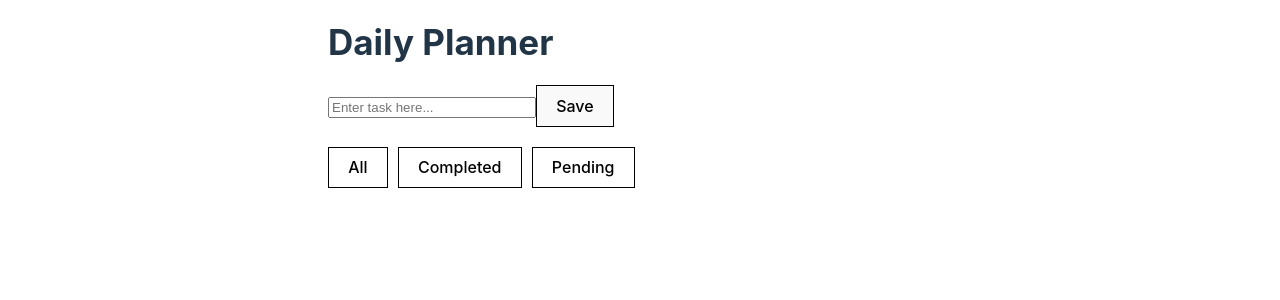
Repository: leslie179/lab4
Page: / (app in lab4/)
The author's editor kept a copy of each file at every save. The page is drawn from the files as they stood at one save, then again after the next save.
The browser window is 1280 px wide. The pictures show the whole page.
The project was rebuilt for these pictures with package versions that can differ from the ones it lists, and the page was loaded fresh each time. Also part of the build but not shown: lab4/vite.config.js, lab4/src/components/Task.jsx.

Above is the page before, as saved 2024-10-27 18:28:24.

### lab4/src/App.jsx
import { useState } from 'react'
import './App.css'

import Task from './components/Task'
import TaskForm from './components/TaskForm'

function App() {
  const [tasks, setTasks] = useState([])
  const [filter, setFilter] = useState("All")
  return (
    <div>
      <h1>Daily Planner</h1>
      <TaskForm setTasks={setTasks}/>
      <button className="filter-button" onClick={() => setFilter("All")}>All</button>
      <button className="filter-button" onClick={() => setFilter("Completed")}>Completed</button>
      <button className="filter-button" onClick={() => setFilter("Pending")}>Pending</button>
      <ul>
        {tasks && tasks.filter((task) => {
          if (filter === "All") {
            return true
          } else if (filter === "Completed") {
            return task.completed
          } else if (filter === "Pending") {
            return !task.completed
          }

          return true // not really necessary
        }).map((task, i) => {
          return <Task task={task} setTasks={setTasks} index={i} />
        })}
      </ul>

    </div>
  )
}

export default App

### lab4/src/App.css
#root {
  max-width: 1280px;
  text-align: left;
  padding-left: 20rem;
}

h1{
  font-size: 35px;
}

.filter-button{
  border: 1px solid black;
  background-color: white;
  margin-right: 10px;
  margin-top: 20px;
  border-radius: 0px;
}

.save{
  background-color: #00800;
  border-radius: 0px;
  border: 1px solid black;
}

.input{
width:200px;
}

.read-the-docs {
  color: #888;
}

### lab4/src/components/TaskForm.jsx
import { useState } from "react"

function TaskForm({ setTasks }) {
    const [currentTask, setCurrentTask] = useState()
    const save = () => {
        setTasks((currentTasks) => { // trick to get current state
            // im just naming it tmp for temporary
            const tmpTasks = [...currentTasks] // deep copy (tmpTasks is just a copy of currentTasks cause you cant just copy an array)
            tmpTasks.push({ task: currentTask, completed: false })
            return tmpTasks
        })
        setCurrentTask("")
    }
    // the onChange is a function that runs everytime the input text changes
    // everytime the input text changes update the state with the value of the text input
    return <div>
        <input className="input" type="text" onChange={(e) => setCurrentTask(e.target.value)} placeholder="Enter task here..."/>
        <button className="save" onClick={() => save()}>Save</button>
    </div>
}

export default TaskForm

Loaded but not shown: lab4/index.html (common file); lab4/src/main.jsx (common file); lab4/src/index.css (common file)

After the next save:
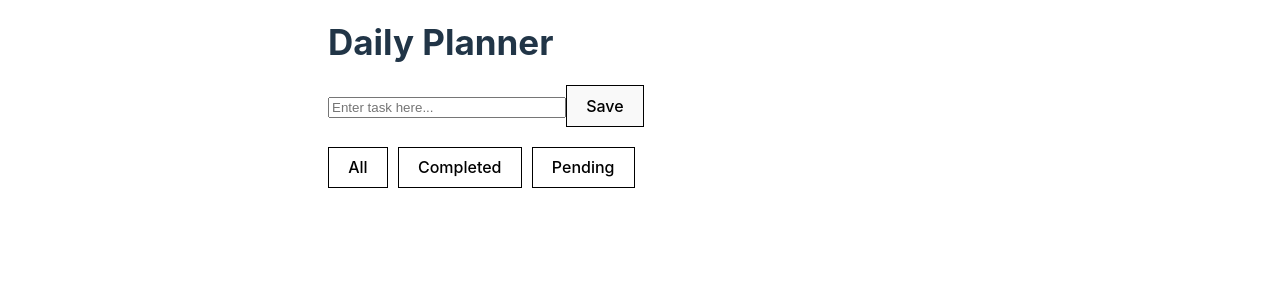
Saved 4 s later.
--- a/lab4/src/App.css
+++ b/lab4/src/App.css
@@ -23,7 +23,7 @@
 }
 
 .input{
-width:200px;
+width:230px;
 }
 
 .read-the-docs {

After the save that followed:
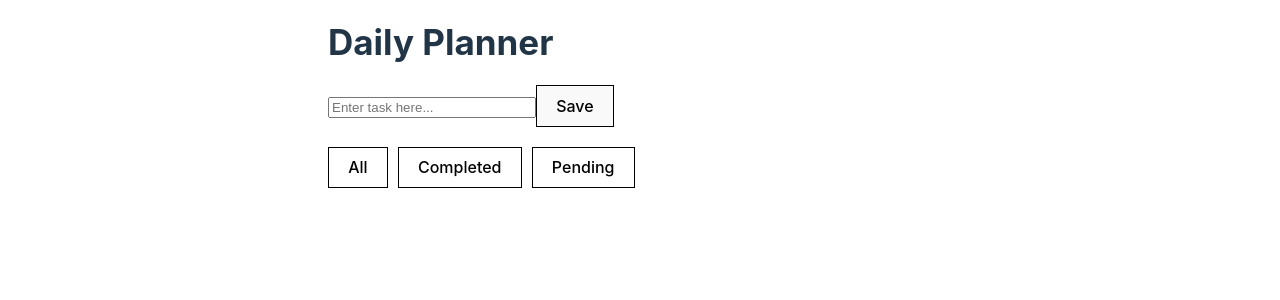
Saved 14 s later.
--- a/lab4/src/App.css
+++ b/lab4/src/App.css
@@ -23,7 +23,7 @@
 }
 
 .input{
-width:230px;
+width:200px;
 }
 
 .read-the-docs {
